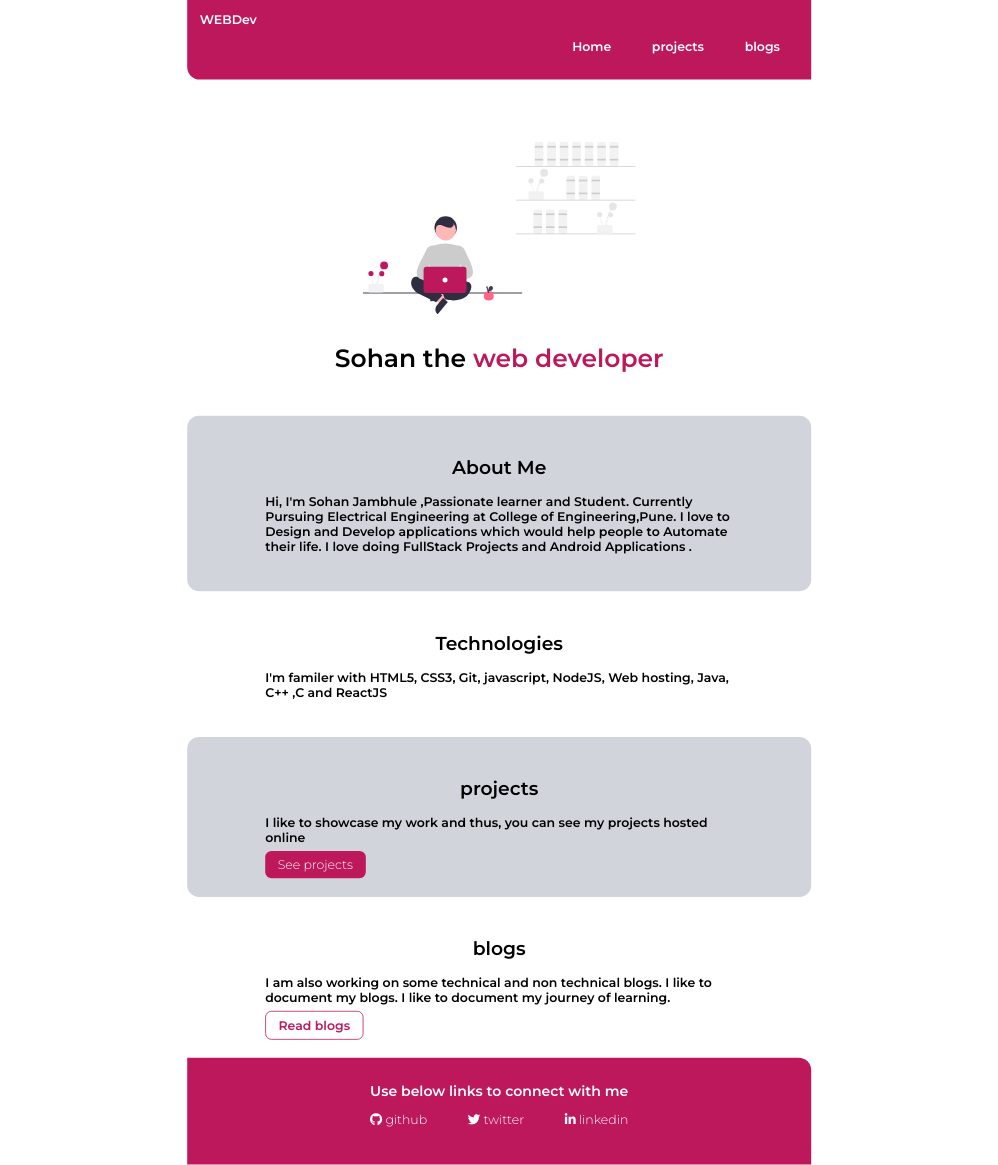
Repository: sohan2503001/Portfolio
Page: index.html
The author's editor kept a copy of each file at every save. The page is drawn from the files as they stood at one save, then again after the next save.
The browser window is 1280 px wide. The pictures show the whole page, at 78% of full size.

Above is the page before, as saved 2021-05-10 10:50:34.

After the next save:
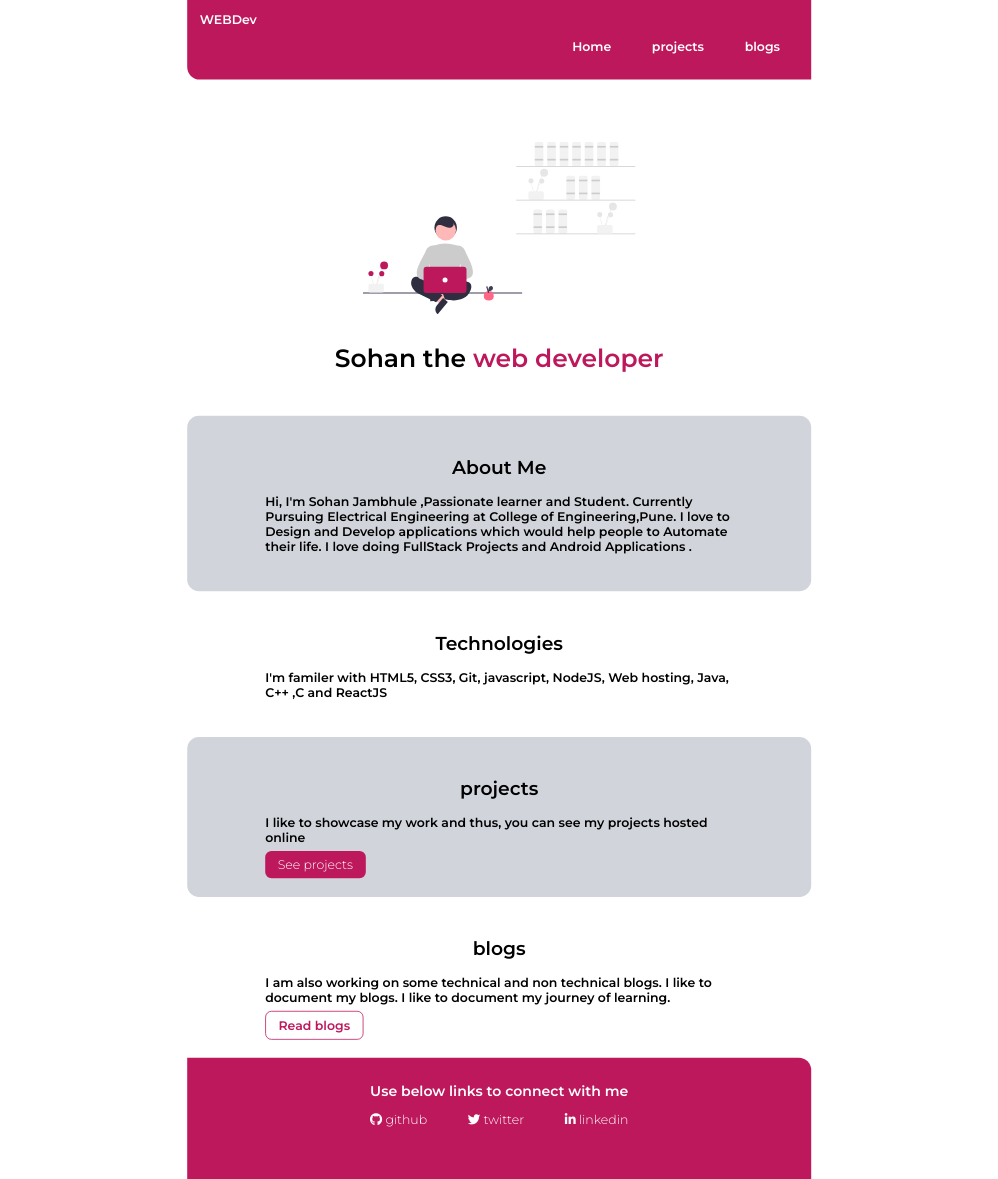
Saved 8 s later.
--- a/index.html
+++ b/index.html
@@ -100,7 +100,7 @@
         </a>
       </li>
       <li>
-        <a href=""></a>
+        <a class="link" href=""></a>
       </li>
 
     </ul>
